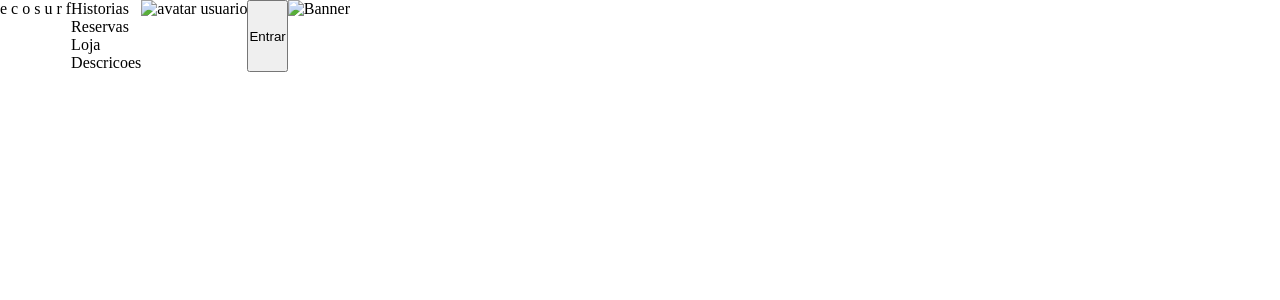
Repository: jorgprado/html-css-js
Page: blog-ecosurf/index.html
These files come from the project's save history. The page is drawn as it stood at one moment and after a run of saves; the edit follows.
The browser window is 1280 px wide. The pictures show the whole page.

Above is the page before, as saved 2023-05-15 21:19:58.

After the next 2 saves:
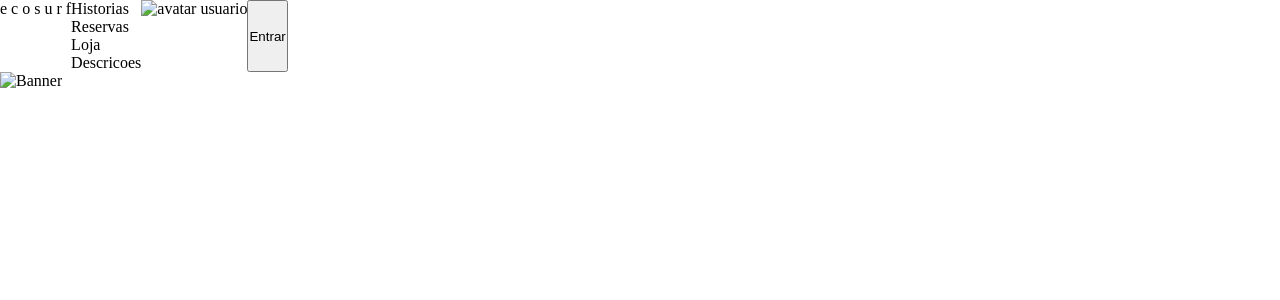
The 2 saves are shown as one change because they came seconds apart.
The last was saved 9 s later.
--- a/blog-ecosurf/index.html
+++ b/blog-ecosurf/index.html
@@ -26,10 +26,11 @@
             </menu>
             <img src="#" alt="avatar usuario">
             <button>Entrar</button>
-            <div class="banner">
-                <img src="" alt="Banner">
-            </div>
+
         </header>
+        <div class="banner">
+            <img src="" alt="Banner">
+        </div>
 
 
     </main>
